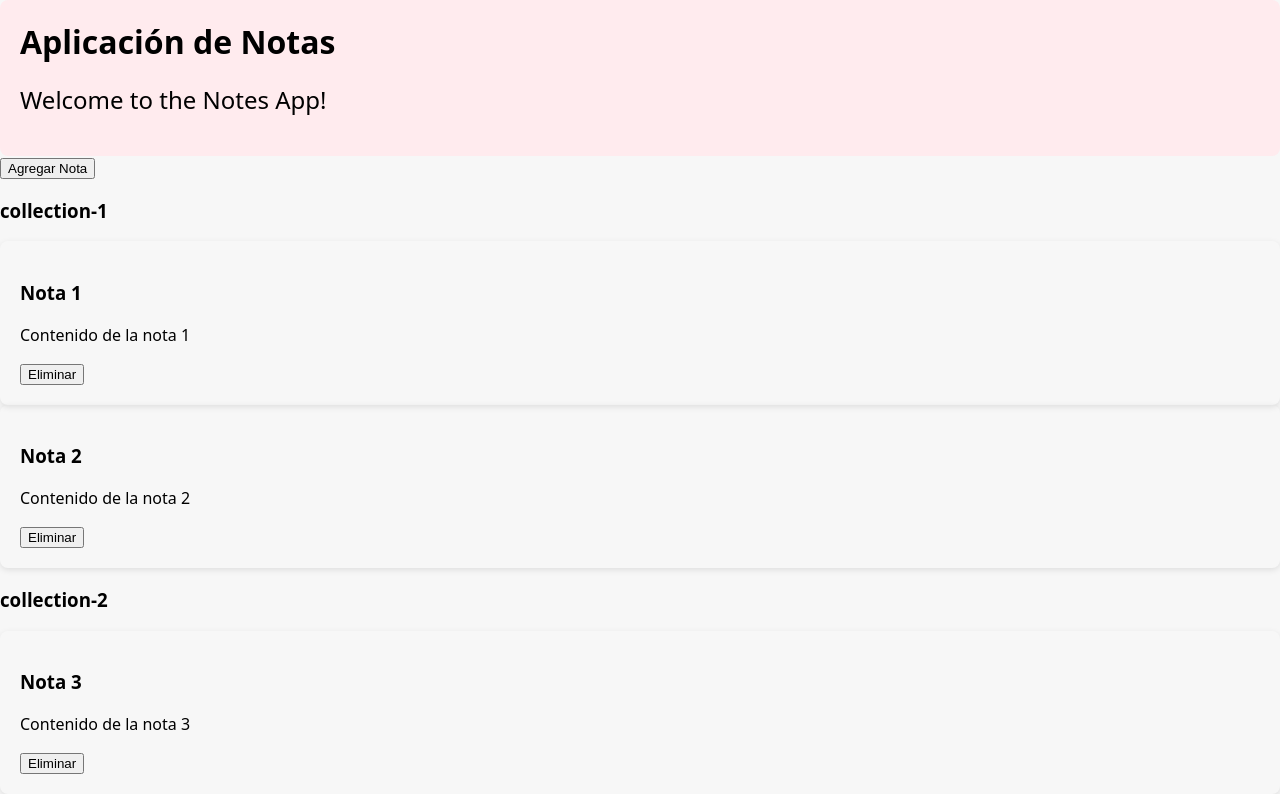
Repository: xunxuno/aplicacion_web_notas
Page: / (app in notas_web_app/)
The author's editor kept a copy of each file at every save. The page is drawn from the files as they stood at one save, then again after the next save.
The browser window is 1280 px wide. The pictures show the whole page.
The project was rebuilt for these pictures with package versions that can differ from the ones it lists, and the page was loaded fresh each time. Also part of the build but not shown: notas_web_app/vite.config.ts, notas_web_app/src/components/NoteModal.tsx.

Above is the page before, as saved 2024-10-02 10:13:40.

After the next save:
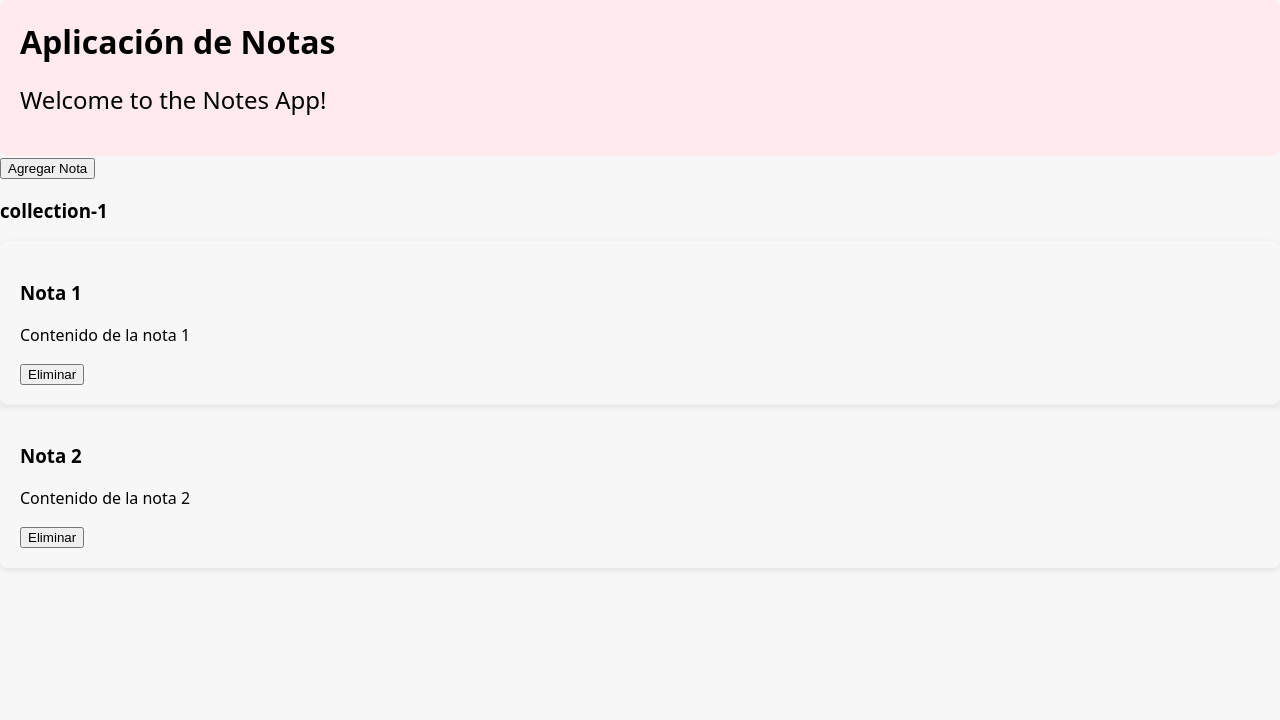
Saved 117 s later.
--- a/notas_web_app/src/contexts/NotesContext.tsx
+++ b/notas_web_app/src/contexts/NotesContext.tsx
@@ -50,12 +50,6 @@ const initialState: NotesState = {
       notes: [
         { id: 'note-1', title: 'Nota 1', content: 'Contenido de la nota 1' },
         { id: 'note-2', title: 'Nota 2', content: 'Contenido de la nota 2' },
-      ],
-    },
-    {
-      id: 'collection-2',
-      notes: [
-        { id: 'note-3', title: 'Nota 3', content: 'Contenido de la nota 3' },
       ],
     },
   ],
